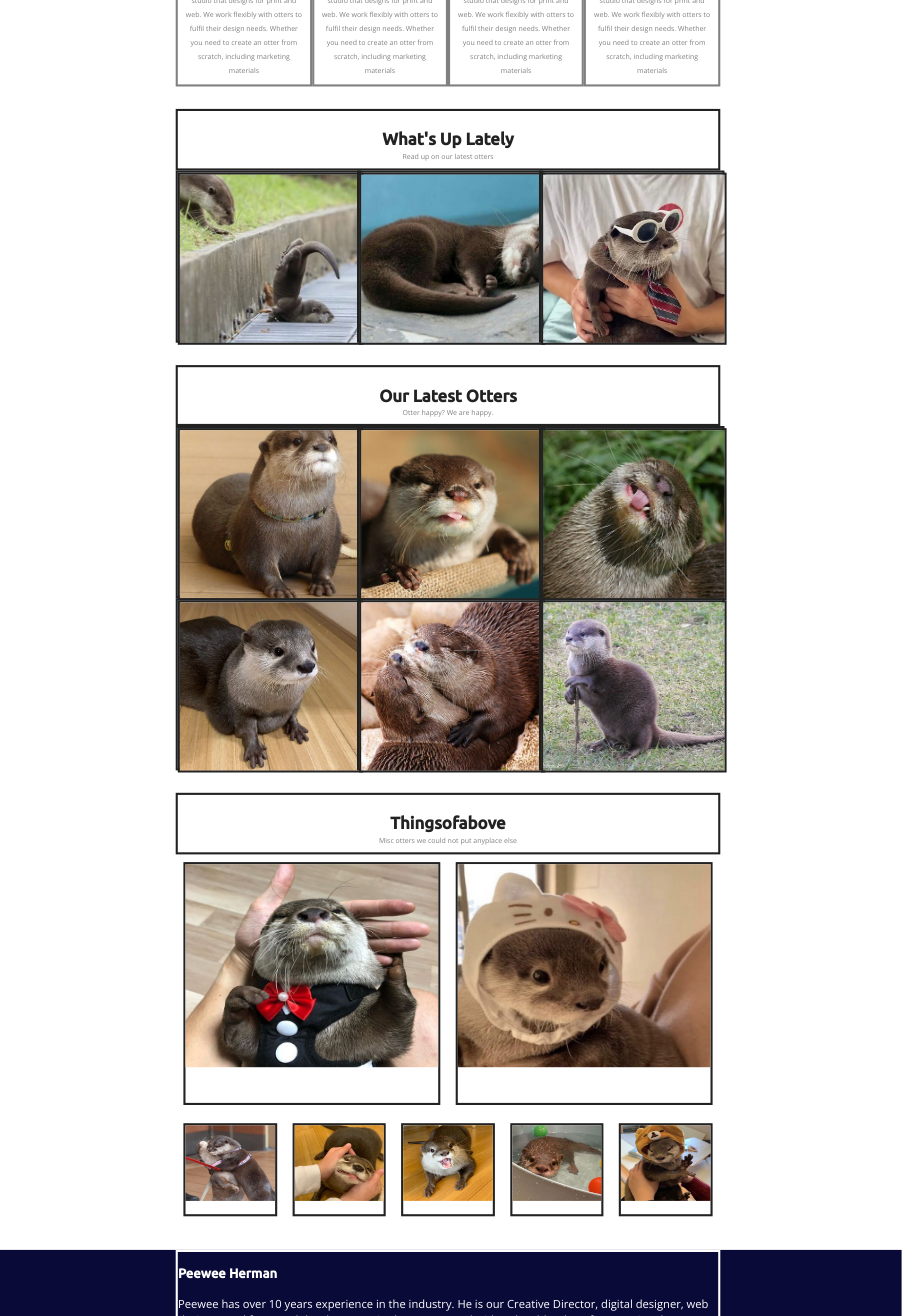
Repository: kennyharman/Marlowe_Kenny_Lab_02B
Page: index.html
The author's editor kept a copy of each file at every save. The page is drawn from the files as they stood at one save, then again after a run of saves.
The browser window is 1280 px wide. The page is 1296 px wide, so the pictures cover 1296 px, including what lies to the right of the window. The pictures show the part of the page from y = 831 to 2711 px (the page is 2870 px tall before and 3014 px after), at 70% of full size.

Above is the page before, as saved 2024-02-08 19:16:54.

### index.html
<!doctype html>
<html class="no-js" lang="EN">

<head>
  <meta charset="utf-8">
  <meta name="viewport" content="width=device-width, initial-scale=1">
  <title></title>
  <link rel="stylesheet" href="css/style.css">
  <link href="https://fonts.googleapis.com/css2?family=Open+Sans:ital,wght@0,400;0,700;1,400&family=Ubuntu:ital,wght@0,300;0,500;1,300&display=swap" rel="stylesheet">
  <meta name="description" content="">

  <meta property="og:title" content="Metrolics page">
  <meta property="og:type" content="website">
  <meta property="og:url" content="http://localhost:8888/metrolics/">

  <link rel="icon" href="/favicon.ico" sizes="any">
  <link rel="icon" href="/icon.svg" type="image/svg+xml">
  <link rel="apple-touch-icon" href="icon.png">

  <link rel="manifest" href="site.webmanifest">
  <meta name="theme-color" content="#fafafa">
</head>

<body class="page">
  <script src="js/app.js"></script>

<header class="page__header">
  <div class="row m-col-2 l-col-2 menu">
    <div class="col header__menu-logo">
      <h1>Metrolics</h1>
    </div>
    <div class="col header__menu-nav">
      Home
      Pages
      Blog
      Portfolio
      Home
    </div>
</header>

<main>
  <div class="page__banner">
    <div class="col banner-header">
      <img src="images/pink_otter.jpg">
      <ul class="listed-items">
        <li>Metro Style</li>
        <li>Retina Ready</li>
        <li>Responsive Design</li>
      </ul>
    </div>
  </div>
  <div class="page__section">
    <div class="row header">
      <div class="col header-text">
        <h2>Hey guys! This is the <span class="text__color-change">Metrolics</span> theme.<br/>It sports a responsive layout with a mobile layout.</h2>
      </div>
    </div>
  </div>

  <div class="section-services">
    <div class="row m-col-2 l-col-4">
      <div class="col m-row-span l-row-span heading">
        <h3>Things That We Do</h3>
        <p>Ask us what we can do for you</p>
      </div>
      <div class="col services-card">
        <h4>Otter solutions</h4>
        We are a fairly small, flexible otter studio that designs for print and web. We work flexibly with otters to fulfil their design needs. Whether you need to create an otter from scratch, including marketing materials
      </div>
      <div class="col services-card">
        <h4>Photography</h4>
        We are a fairly small, flexible otter studio that designs for print and web. We work flexibly with otters to fulfil their design needs. Whether you need to create an otter from scratch, including marketing materials
      </div>
      <div class="col services-card">
        <h4>Otter Development</h4>
        We are a fairly small, flexible otter studio that designs for print and web. We work flexibly with otters to fulfil their design needs. Whether you need to create an otter from scratch, including marketing materials
      </div>
      <div class="col services-card">
        <h4>Otter Design</h4>
        We are a fairly small, flexible otter studio that designs for print and web. We work flexibly with otters to fulfil their design needs. Whether you need to create an otter from scratch, including marketing materials
      </div>
    </div>
  </div>
    </div>
  </div>

  <div class="section-work">
    <div class="row m-col-2 l-col-3">
      <div class="col m-row-span l-row-span heading">
        <h3>What's Up Lately</h3>
        <p>Read up on our latest otters</p>
      </div>
      <div class="col m-row-span image">
        <img src="images/otter7.jpg" alt="Otter Fall">
      </div>
      <div class="col image">
        <img src="images/otter8.jpg" alt="Sleepy Otter">
      </div>
      <div class="col image">
        <img src="images/otter9.jpg" alt="Madi the Otter">
      </div>
    </div>
  </div>

  <div class="section-projects">
    <div class="row m-col-2 l-col-3">
      <div class="col m-row-span l-row-span heading">
        <h3>Our Latest Otters</h3>
        <p>Otter happy? We are happy.</p>
      </div>
      <div class="col image">
        <img src="images/otter1.jpg" alt="Curious Otter">
      </div>
      <div class="col image">
        <img src="images/otter2.jpg" alt="Teasing Otter">
      </div>
      <div class="col image">
        <img src="images/otter3.jpg" alt="Otter Playing Dead">
      </div>
      <div class="col image">
        <img src="images/otter4.jpg" alt="Pondering Otter">
      </div>
      <div class="col image">
        <img src="images/otter5.jpg" alt="Loving Otters">
      </div>
      <div class="col image">
        <img src="images/otter6.jpg" alt="Wise Otter">
      </div>
    </div>
  </div>

  <div class="section-misc">
    <div class="row l-col-2">
      <div class="col l-row-span heading">
        <h3>Thingsofabove</h3>
        <p>Misc otters we could not put anyplace else</p>
      </div>
      <div class="col misc-content">
        <img src="images/otter10.jpg" alt="Snazzy Otter">
      </div>
      <div class="col misc-content">
        <img src="images/otter11.jpg" alt="Hello Kitty Otter">
      </div>
    </div>
  </div>

  <div class="section-affiliates">
    <div class="row m-col-5 l-col-5">
      <div class="col affiliates-card">
        <img src="images/otter12.jpg" alt="Otter Hug">
      </div>
      <div class="col affiliates-card">
        <img src="images/otter13.jpg" alt="Otter Stretch">
      </div>
      <div class="col affiliates-card">
        <img src="images/otter14.jpg" alt="Surprised Otter">
      </div>
      <div class="col affiliates-card">
        <img src="images/otter15.jpg" alt="Otter Bath">
      </div>
      <div class="col affiliates-card">
        <img src="images/otter16.jpg" alt="Otter Bear">
      </div>
    </div>
  </div>
</main>
<footer class="page__footer">
  <div class="row m-col-2 l-col-4 footer">
    <div class="col m-row-span l-row-span footer-heading">
      <h3>Peewee Herman</h3>
      <p>Peewee has over 10 years experience in the industry. He is our Creative Director, digital designer, web designer and front-end developer. He is also pretty good with a sketchbook. Before starting the company Peewee worked as a designer and studio manager for a design house who boasted a number of big name clients.</p>
    </div>
    <div class="col footer-item">
      <h3>About Us</h3>
    </div>
    <div class="col footer-item">
      <h3>Flickr Photos</h3>
    </div>
    <div class="col footer-item">
      <h3>Recent Tweets</h3>
    </div>
    <div class="col footer-item">
      <h3>Newsletter</h3>
    </div>
  </div>
</footer>
</body>

### css/style.css
/*! HTML5 Boilerplate v9.0.0-RC1 | MIT License | https://html5boilerplate.com/ */

/* main.css 3.0.0 | MIT License | https://github.com/h5bp/main.css#readme */
/*
 * What follows is the result of much research on cross-browser styling.
 * Credit left inline and big thanks to Nicolas Gallagher, Jonathan Neal,
 * Kroc Camen, and the H5BP dev community and team.
 */

/* ==========================================================================
   Base styles: opinionated defaults
   ========================================================================== */

html {
  color: #222;
  font-size: 1em;
  line-height: 1.4;
  margin-left: -1rem;
  margin-right: -1rem;
}

/*
 * Remove text-shadow in selection highlight:
 * https://twitter.com/miketaylr/status/12228805301
 *
 * Customize the background color to match your design.
 */

::-moz-selection {
  background: #b3d4fc;
  text-shadow: none;
}

::selection {
  background: #b3d4fc;
  text-shadow: none;
}

/*
 * A better looking default horizontal rule
 */

hr {
  display: block;
  height: 1px;
  border: 0;
  border-top: 1px solid #ccc;
  margin: 1em 0;
  padding: 0;
}

/*
 * Remove the gap between audio, canvas, iframes,
 * images, videos and the bottom of their containers:
 * https://github.com/h5bp/html5-boilerplate/issues/440
 */

audio,
canvas,
iframe,
img,
svg,
video {
  vertical-align: middle;
}

/*
 * Remove default fieldset styles.
 */

fieldset {
  border: 0;
  margin: 0;
  padding: 0;
}

/*
 * Allow only vertical resizing of textareas.
 */

textarea {
  resize: vertical;
}

/* ==========================================================================
   Author's custom styles
   ========================================================================== */

/* ==========================================================================
   Helper classes
   ========================================================================== */

/*
 * Hide visually and from screen readers
 */

.hidden,
[hidden] {
  display: none !important;
}

/*
 * Hide only visually, but have it available for screen readers:
 * https://snook.ca/archives/html_and_css/hiding-content-for-accessibility
 *
 * 1. For long content, line feeds are not interpreted as spaces and small width
 *    causes content to wrap 1 word per line:
 *    https://medium.com/@jessebeach/beware-smushed-off-screen-accessible-text-5952a4c2cbfe
 */

.visually-hidden {
  border: 0;
  clip: rect(0, 0, 0, 0);
  height: 1px;
  margin: -1px;
  overflow: hidden;
  padding: 0;
  position: absolute;
  white-space: nowrap;
  width: 1px;
  /* 1 */
}

/*
 * Extends the .visually-hidden class to allow the element
 * to be focusable when navigated to via the keyboard:
 * https://www.drupal.org/node/897638
 */

.visually-hidden.focusable:active,
.visually-hidden.focusable:focus {
  clip: auto;
  height: auto;
  margin: 0;
  overflow: visible;
  position: static;
  white-space: inherit;
  width: auto;
}

/*
 * Hide visually and from screen readers, but maintain layout
 */

.invisible {
  visibility: hidden;
}

/*
 * Clearfix: contain floats
 *
 * The use of `table` rather than `block` is only necessary if using
 * `::before` to contain the top-margins of child elements.
 */

.clearfix::before,
.clearfix::after {
  content: "";
  display: table;
}

.clearfix::after {
  clear: both;
}

/* ==========================================================================
   EXAMPLE Media Queries for Responsive Design.
   These examples override the primary ('mobile first') styles.
   Modify as content requires.
   ========================================================================== */

@media only screen and (min-width: 35em) {
  /* Style adjustments for viewports that meet the condition */
}

@media print,
  (-webkit-min-device-pixel-ratio: 1.25),
  (min-resolution: 1.25dppx),
  (min-resolution: 120dpi) {
  /* Style adjustments for high resolution devices */
}

/* ==========================================================================
   Print styles.
   Inlined to avoid the additional HTTP request:
   https://www.phpied.com/delay-loading-your-print-css/
   ========================================================================== */

@media print {
  *,
  *::before,
  *::after {
    background: #fff !important;
    color: #000 !important;
    /* Black prints faster */
    box-shadow: none !important;
    text-shadow: none !important;
  }

  a,
  a:visited {
    text-decoration: underline;
  }

  a[href]::after {
    content: " (" attr(href) ")";
  }

  abbr[title]::after {
    content: " (" attr(title) ")";
  }

  /*
   * Don't show links that are fragment identifiers,
   * or use the `javascript:` pseudo protocol
   */
  a[href^="#"]::after,
  a[href^="javascript:"]::after {
    content: "";
  }

  pre {
    white-space: pre-wrap !important;
  }

  pre,
  blockquote {
    border: 1px solid #999;
    page-break-inside: avoid;
  }

  tr,
  img {
    page-break-inside: avoid;
  }

  p,
  h2,
  h3 {
    orphans: 3;
    widows: 3;
  }

  h2,
  h3 {
    page-break-after: avoid;
  }
}

/* Our Styling */

h1,
h2,
h3,
h4,
h5,
h6 {
    font-family: 'Ubuntu', sans-serif;
}

p {
    font-family: 'Open Sans', sans-serif;
}

.row {
  display: grid;
  margin-top: 2rem;
}
.col {
  position: relative;
  max-height: 100%;
  border: solid;
}

.page__header,
.banner-header,
.page__section,
.section-services,
.section-work,
.section-projects,
.section-misc,
.section-affiliates,
.footer {
  margin: auto;
  width: 60%;
}

.heading {
  display: flex;
  flex-direction: column;
  align-items: center;
  padding: 0 auto;
}

.heading > h3 {
  margin-bottom: 0;
  font-size: 24px;
}

.heading > p {
  margin-top: 0;
  font-size: 10px;
  color: grey;
}

.header-text {
  text-align: center;
}

.text__color-change {
  color: lightskyblue;
}

.listed-items {
  position: absolute;
  top: 5rem;
  left: 5rem;
  list-style-type: none;
}

.listed-items > li {
  background-color: white;
  margin-top: 2px;
  padding-top: 0.5rem;
  padding-bottom: 0.5rem;
  font-family: 'Ubuntu', sans-serif;
}

.listed-items li:nth-child(1) {
  border-left: solid 5px blue;
  padding-left: 1rem;
  padding-right: 1rem;
  width: fit-content;
}

.listed-items li:nth-child(2) {
  border-left: solid 5px red;
  padding-left: 1rem;
  padding-right: 1rem;
  width: fit-content;
}

.listed-items li:nth-child(3) {
  border-left: solid 5px yellow;
  padding-left: 1rem;
  padding-right: 1rem;
  width: fit-content;
}

.banner-header {
  position: relative;
}

.services-card {
  text-align: center;
  font-size: 10px;
  padding: 10px;
  color: grey;
  font-family: 'Open Sans', sans-serif;
  line-height: 20px;
}

.services-card > h4 {
  color: black;
}

.image {
  width: 100%;
  height: 15rem;
}

.image > img {
  width: 100%;
  height: 100%;
  object-fit: cover;
  border: solid;
}

.misc-content {
  margin-top: 1.5rem;
  margin: 0.7rem;
  margin-bottom: -2rem;
}

.misc-content > img {
  width: 100%;
  height: 85%;
}

.affiliates-card {
  margin: 0.7rem;
  margin-bottom: 3rem;
}

.affiliates-card > img {
  width: 100%;
  height: 85%;;
}

.banner-header {
  justify-content: center;
}

.banner-header > img {
  width: 100%;
  max-height: 70%;
}

.page__banner {
  background-color: lightgray;
}

.page__footer {
  background-color: rgb(10, 10, 56);
  color: white;
}

/* Small only */
@media screen and (max-width: 39.9375em) {
  .page__header,
.banner-header,
.page__section,
.section-services,
.section-work,
.section-projects,
.section-misc,
.section-affiliates,
.footer {
  margin: auto;
  width: 20rem;
}

.header {
  margin: -5px;
}
  .header__menu-nav {
    display: none;
  }
  .page__banner {
    display: none;
  }
  .affiliates {
    display: none;
  }
  .misc {
    display: none;
  }
  .services-card {
    text-align: left;
    font-size: 12px;
    padding: 0px;
    color: grey;
    font-family: 'Open Sans', sans-serif;
    line-height: 15px;
    padding-top: 20px;
  }
  .services-card > h4 {
    line-height: 0px;
  }
}

/* Medium only */
@media screen and (min-width: 40em) and
(max-width: 63.9375em) {
  .row {
    max-width: 70rem;
    column-gap: 1.5rem;
    row-gap: 1.5rem;
    margin: 0 auto;
  }
  .m-col-2 {
    grid-template-columns: 1fr 1fr;
  }
  .m-col-3 {
    grid-template-columns: repeat(3, 1fr);
  }
  .m-col-4 {
    grid-template-columns: repeat(4, 1fr);
  }
  .m-col-5 {
    grid-template-columns: repeat(5, 1fr);
  }

  .m-row-span {
    grid-column-start: 1;
    grid-column-end: -1;
  }
}

/* Large only */
@media screen and (min-width: 64em) {
  .l-col-2 {
    grid-template-columns: 1fr 1fr;
  }
  .l-col-3 {
    grid-template-columns: repeat(3, 1fr);
  }
  .l-col-4 {
    grid-template-columns: repeat(4, 1fr);
  }
  .l-col-5 {
    grid-template-columns: repeat(5, 1fr);
  }

  .l-row-span {
    grid-column-start: 1;
    grid-column-end: -1;
  }
}

Loaded but not shown: js/app.js (no stored copy; drawn as an empty file)

After the next 2 saves:
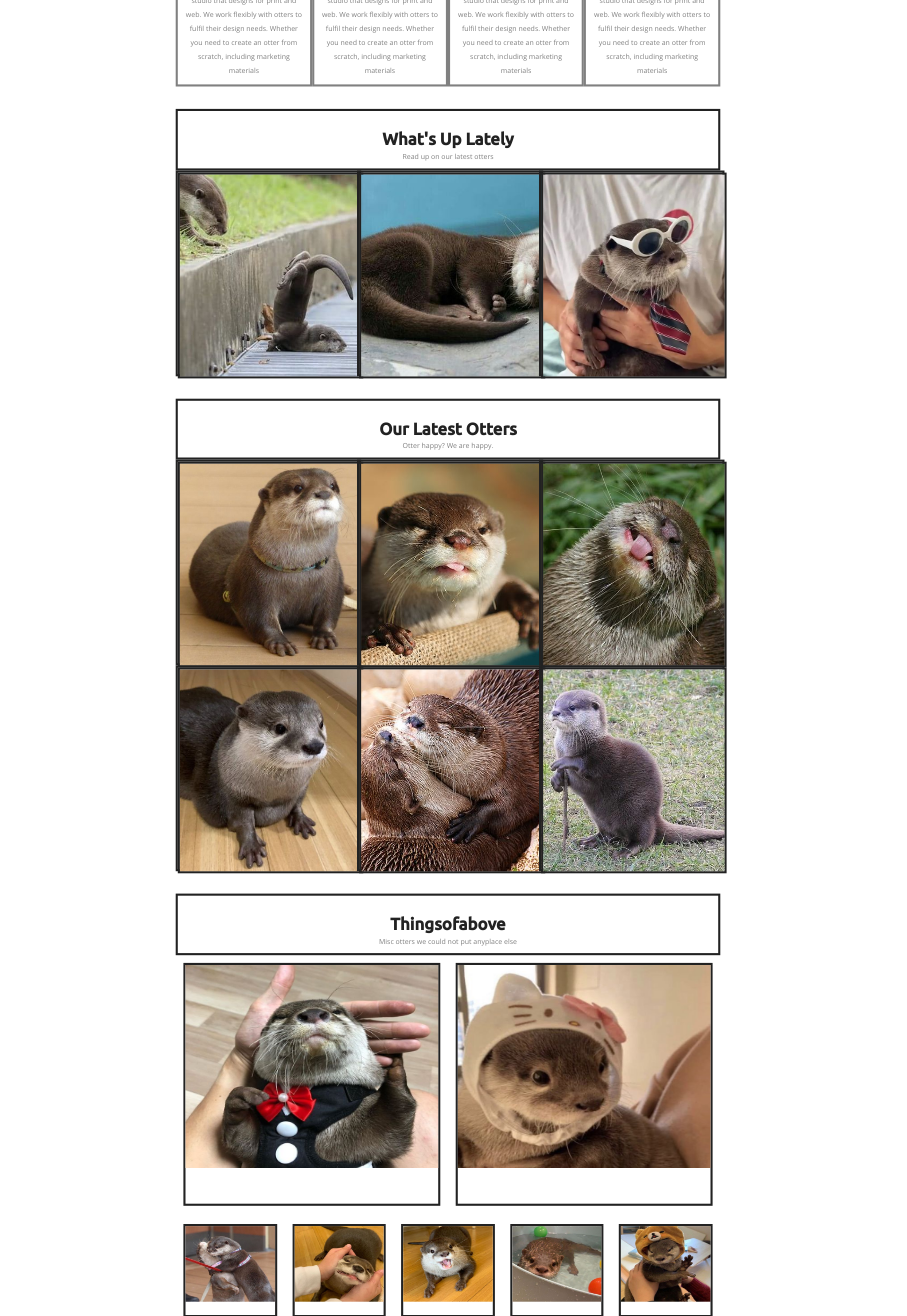
The 2 saves are shown as one change because they came seconds apart.
The last was saved 32 s later.
--- a/css/style.css
+++ b/css/style.css
@@ -366,7 +366,7 @@ p {
 
 .image {
   width: 100%;
-  height: 15rem;
+  height: 18rem;
 }
 
 .image > img {

After the save that followed:
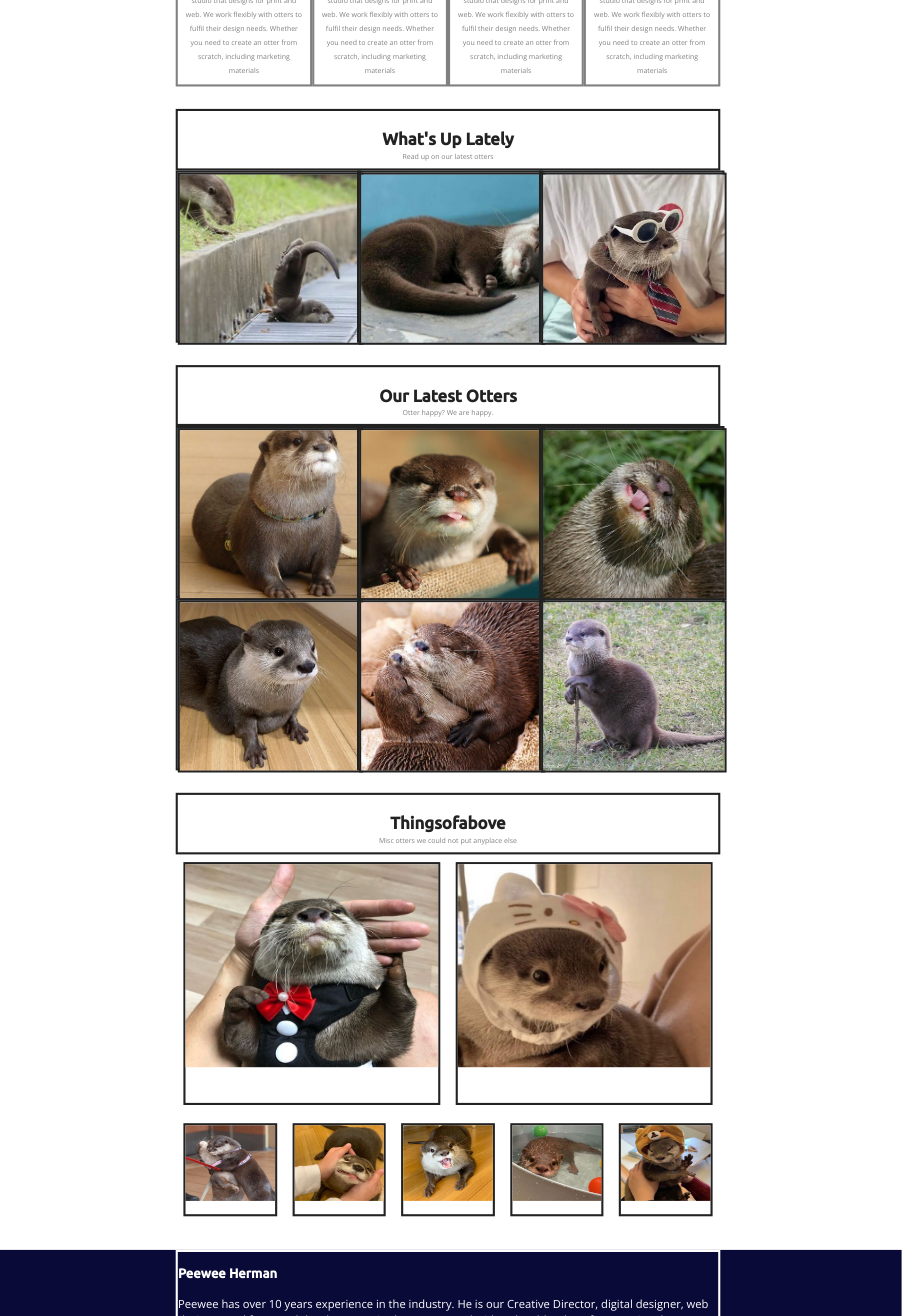
Saved 5 s later.
--- a/css/style.css
+++ b/css/style.css
@@ -366,7 +366,7 @@ p {
 
 .image {
   width: 100%;
-  height: 18rem;
+  height: 15rem;
 }
 
 .image > img {
